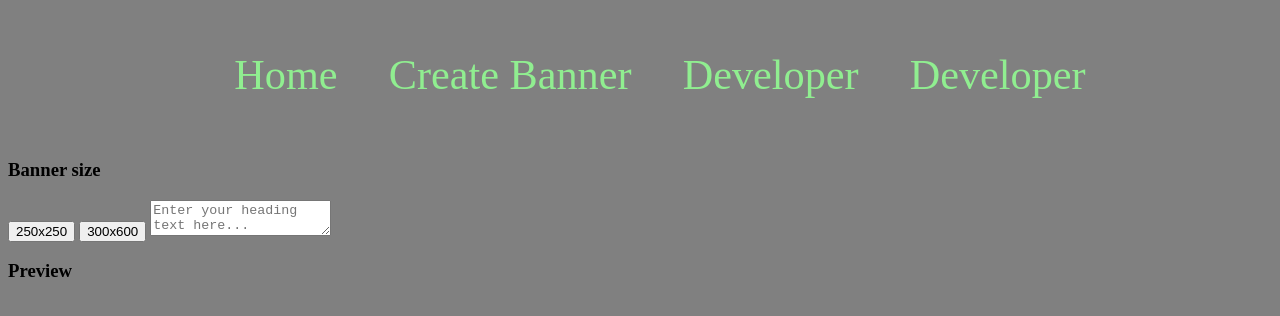
Repository: Yuravolontir/--Baner-Editor--
Page: banner.html
These files come from the project's save history. The page is drawn as it stood at one moment and after the next save; the edit follows.
The browser window is 1280 px wide. The pictures show the whole page.

Above is the page before, as saved 2025-07-15 18:18:10.

### banner.html
<!DOCTYPE html>
<html lang="en">
<head>
    <meta charset="UTF-8">
    <meta name="viewport" content="width=device-width, initial-scale=1.0">
    <title>Document</title>
    <link rel="stylesheet" href="/styles/styles.css">
    <script type="module" src="/scripts/index.js"></script>

</head>
<body>

<nav>
    <ul>
    <li><a href="/dashboard.html">Home</a></li>
    <li><a href="/banner.html">Create Banner</a></li>
    <li><a href="/thanks-to-developer.html">Developer</a></li>
    <li><a href="/thanks-to-developer.html">Developer</a></li>
    </ul>
</nav>
<div class="controls">
<h3>Banner size</h3>
<button id="250X250">250x250</button>
<button id="300X600">300x600</button>
<textarea id="bannerHeading" placeholder="Enter your heading text here..."></textarea>


</div>
<h3>Preview</h3>
<div id="preview">

</div>
</body>
</html>

### styles/styles.css
body {
    background-color: grey;
}

#form-container{
    width: 300px;
    margin: 0 auto;
    padding: 20px;
    background-color: white;
    border-radius: 10px;
    box-shadow: 0 0 10px rgba(0, 0, 0, 0.1);
    display: flex;
    flex-direction: column;
    align-items: center;
    text-align: center;
}


nav {
  margin-top: auto;
  margin-bottom: auto;
  display: flex;
  justify-content:center;
  align-items: center;
  margin-left: auto; /* Push navigation items to the right end */
}
nav ul {
  list-style: none;
  display: flex;
  justify-content: flex-end;
}

nav ul li {
  padding: 2vw;
}

nav ul li a {
  text-decoration: none;
  color: lightgreen;
  font-size: 3.3vw;
}

nav ul li a:hover {
  color: orange;
}

#preview {

}

### scripts/index.js
import {createBanner, updateBannerHeading} from "./banner.js";




document.getElementById("250X250").addEventListener('click', createBanner);
document.getElementById("300X600").addEventListener('click', createBanner);




document.getElementById("bannerHeading").addEventListener('input', updateBannerHeading);

### scripts/banner.js





export function createBanner(event) {
    event.preventDefault();
    const blank = document.querySelector("#preview");
    blank.innerHTML = "";
    const div = document.createElement("div");
    div.id = "generatedBanner"; // So we can update it later

    if (event.target.id === "300X600")
    {
    div.style.width = "300px";
    div.style.height = "600px";
    }
     if (event.target.id === "250X250")
    {
     div.style.width = "250px";
     div.style.height = "250px";
    }

    div.style.border = "1px solid black";
    div.style.background = "white";

    const h1 = document.createElement("h1");
    h1.id = "bannerText"; // So we can update it
    h1.style.textAlign = "center";
    h1.textContent = document.getElementById("bannerHeading").value;

    div.appendChild(h1);
    blank.appendChild(div);
}
export function updateBannerHeading() {
    const h1 = document.getElementById("bannerText");
    if (h1) {
        h1.textContent = document.getElementById("bannerHeading").value;
    }
}

After the next save:
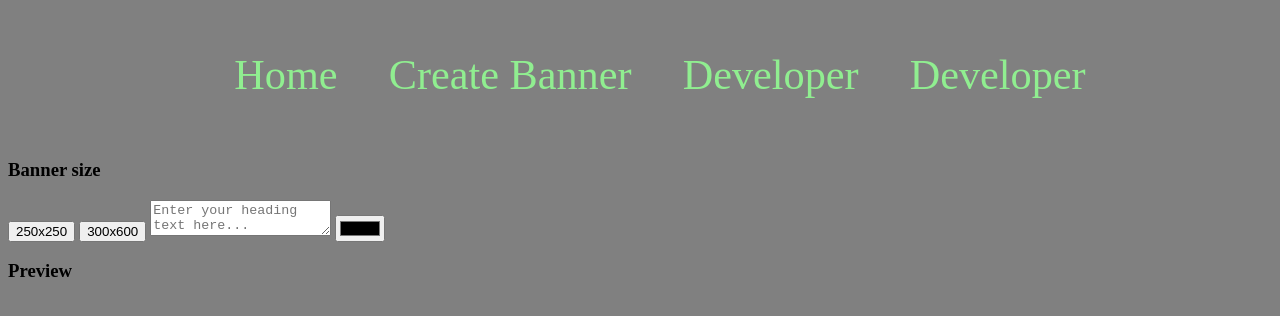
Saved 2 min 40 s later.
--- a/banner.html
+++ b/banner.html
@@ -23,6 +23,7 @@
 <button id="250X250">250x250</button>
 <button id="300X600">300x600</button>
 <textarea id="bannerHeading" placeholder="Enter your heading text here..."></textarea>
+<input type="color" name="favColor">
 
 
 </div>
